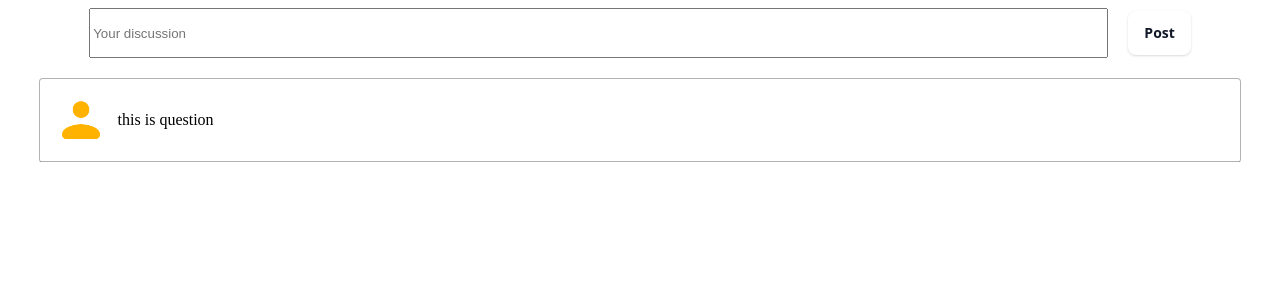
Repository: AOY311/DuckEdu
Page: test2.html
These files come from the project's save history. The page is drawn as it stood at one moment and after the next save; the edit follows.
The browser window is 1280 px wide. The pictures show the whole page.

Above is the page before, as saved 2021-10-31 18:58:33.

### test2.html
<!DOCTYPE html>
<html lang="en">

<head>
    <meta charset="UTF-8">
    <meta http-equiv="X-UA-Compatible" content="IE=edge">
    <meta name="viewport" content="width=device-width, initial-scale=1.0">
    <script src="https://ajax.googleapis.com/ajax/libs/jquery/3.5.1/jquery.min.js"></script>
    <title>Document</title>
    <style>
        .header {
            position: sticky;
            top: 0;
            width: 100%;
        }

        .header .container {
            display: flex;
            flex-direction: row;
            justify-content: center;
            align-items: center;
            width: 100%;
        }

        .container__input {
            height: 44px;
            width: 80%;
            margin-right: 20px;
        }
        /* CSS */

        .button-38 {
            background-color: #FFFFFF;
            border: 0;
            border-radius: .5rem;
            box-sizing: border-box;
            color: #111827;
            font-family: "Inter var", ui-sans-serif, system-ui, -apple-system, system-ui, "Segoe UI", Roboto, "Helvetica Neue", Arial, "Noto Sans", sans-serif, "Apple Color Emoji", "Segoe UI Emoji", "Segoe UI Symbol", "Noto Color Emoji";
            font-size: .875rem;
            font-weight: 600;
            line-height: 1.25rem;
            padding: .75rem 1rem;
            text-align: center;
            text-decoration: none #D1D5DB solid;
            text-decoration-thickness: auto;
            box-shadow: 0 1px 3px 0 rgba(0, 0, 0, 0.1), 0 1px 2px 0 rgba(0, 0, 0, 0.06);
            cursor: pointer;
            user-select: none;
            -webkit-user-select: none;
            touch-action: manipulation;
        }

        .button-38:hover {
            background-color: rgb(249, 250, 251);
        }

        .button-38:focus {
            outline: 2px solid transparent;
            outline-offset: 2px;
        }

        .button-38:focus-visible {
            box-shadow: none;
        }

        .accordion {
            /* Border */
            transform: translateY(20px);
            border: 1px solid rgba(0, 0, 0, 0.3);
            border-bottom-color: transparent;
            border-radius: 4px;
            max-width: 95%;
            margin: 0 auto;
        }

        .accordion__item {
            border-bottom: 1px solid rgba(0, 0, 0, 0.3);
        }

        .accordion__header {
            /* Center the content horizontally */
            align-items: center;
            display: flex;
            cursor: pointer;
            padding: 16px;
        }

        .accordion__toggle {
            margin-right: 12px;
        }

        .accordion__title {
            /* Take remaining width */
            flex: 1;
        }

        .accordion__content {
            /* For not selected item */
            display: none;
            border-top: 1px solid rgba(0, 0, 0, 0.3);
            padding: 16px;
        }

        .accordion__content--selected {
            /* For selected item */
            display: block;
        }

        .accordion__content--selected>div.accordion__header {
            padding: 0;
            margin: 5px 5%;
        }

        .avatar {
            /* Rounded border */
            border-radius: 50%;
            height: 50px;
            width: 50px;
        }

        .avatar__image {
            /* Rounded border */
            border-radius: 50%;
            /* Take full size */
            height: 100%;
            width: 100%;
        }
    </style>
</head>

<body>
    <div>
        <header class="header">
            <div class="container">
                <!-- Text input -->
                <input type="text" class="container__input" placeholder="Your discussion" />
                <!-- Search icon sticks to the left or right -->
                <button class="button-38" role="button">Post</button>
            </div>
        </header>
        <main>
            <div class="accordion">
                <!-- Each accordion item -->
                <div class="accordion__item">
                    <!-- Heading -->
                    <div class="accordion__header" onclick="showComment(this)">
                        <!-- The toggle icon -->
                        <div class="accordion__toggle">
                            <div class="avatar">
                                <!-- Avatar image -->
                                <img class="avatar__image" src="img/avt.png" />
                            </div>
                        </div>

                        <!-- The title -->
                        <div class="accordion__title">
                            this is question
                        </div>
                    </div>

                    <!-- The content -->
                    <div class="accordion__content">
                        <div class="accordion__header">
                            <!-- The toggle icon -->
                            <div class="accordion__toggle">
                                <div class="avatar">
                                    <!-- Avatar image -->
                                    <img class="avatar__image" src="img/avt.png" />
                                </div>
                            </div>

                            <!-- The title -->
                            <div class="accordion__title">
                                this is anwser
                            </div>
                        </div>
                    </div>
                    <div class="accordion__content">
                        <div class="accordion__header">
                            <!-- The toggle icon -->
                            <div class="accordion__toggle">
                                <div class="avatar">
                                    <!-- Avatar image -->
                                    <img class="avatar__image" src="img/avt.png" />
                                </div>
                            </div>

                            <!-- The title -->
                            <div class="accordion__title">
                                Lorem ipsum dolor sit amet consectetur adipisicing elit. Ipsum consectetur veritatis et dolorem. Dolore tempora accusantium aut inventore, excepturi molestias corporis commodi odit omnis iure numquam et corrupti rerum dignissimos.
                            </div>
                        </div>
                    </div>
                </div>

            </div>
        </main>
    </div>
</body>
<script>
    function showComment(obj) {
        if ($(obj).nextAll().attr("class") === "accordion__content") {
            $(obj).nextAll().attr("class", "accordion__content--selected");
        } else {
            $(obj).nextAll().attr("class", "accordion__content");
        }
    }
</script>

</html>

After the next save:
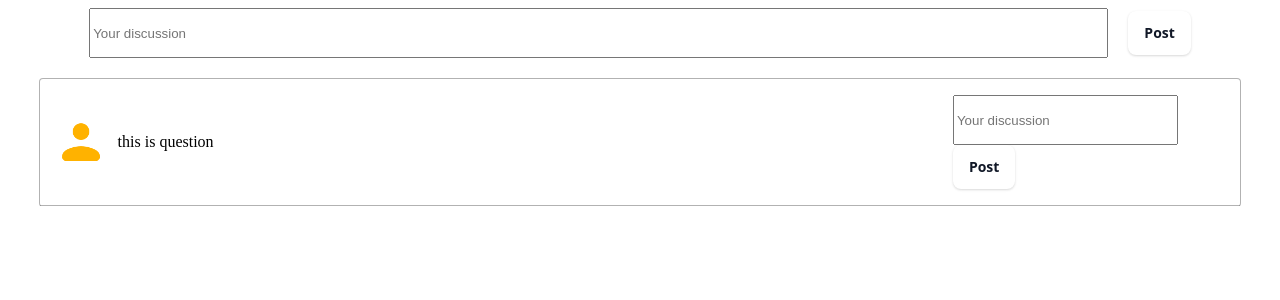
Saved 2 min 10 s later.
--- a/test2.html
+++ b/test2.html
@@ -156,6 +156,14 @@
                         <div class="accordion__title">
                             this is question
                         </div>
+                        <div class="act">
+                            <div class="container">
+                                <!-- Text input -->
+                                <input type="text" class="container__input" placeholder="Your discussion" />
+                                <!-- Search icon sticks to the left or right -->
+                                <button class="button-38" role="button">Post</button>
+                            </div>
+                        </div>
                     </div>
 
                     <!-- The content -->

After the save that followed:
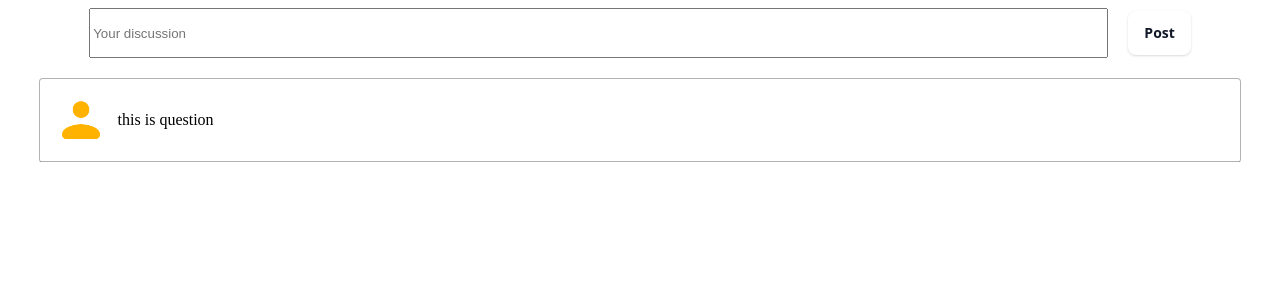
Saved 18 s later.
--- a/test2.html
+++ b/test2.html
@@ -156,6 +156,11 @@
                         <div class="accordion__title">
                             this is question
                         </div>
+
+                    </div>
+
+                    <!-- The content -->
+                    <div class="accordion__content">
                         <div class="act">
                             <div class="container">
                                 <!-- Text input -->
@@ -164,10 +169,6 @@
                                 <button class="button-38" role="button">Post</button>
                             </div>
                         </div>
-                    </div>
-
-                    <!-- The content -->
-                    <div class="accordion__content">
                         <div class="accordion__header">
                             <!-- The toggle icon -->
                             <div class="accordion__toggle">
